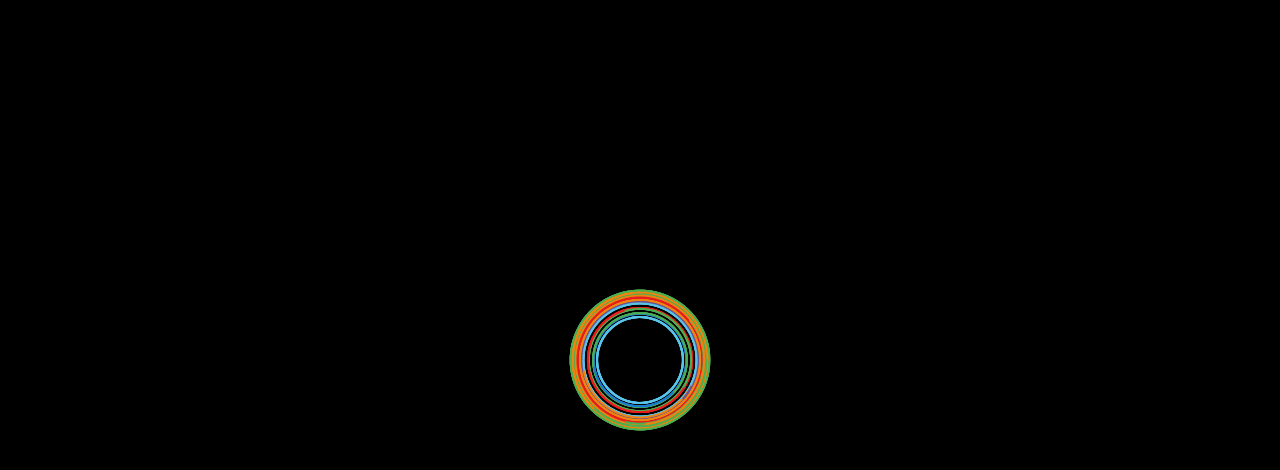
Repository: gyypwrs/css-practice
Page: mouse-over/index.html
An editor plug-in stored every save of this project. The page is shown before and after the next save, followed by the edit.
The browser window is 1280 px wide. The pictures show the whole page.

Above is the page before, as saved 2022-05-10 14:20:57.

### mouse-over/index.html
<!--
 * @Descripttion:
 * @version:
 * @Author: Hongyu
 * @Date: 2022-05-07 15:03:24
 * @LastEditors: Hongyu
 * @LastEditTime: 2022-05-10 14:20:57
-->
<!DOCTYPE html>
<html lang="zh-CN">
<head>
    <meta charset="UTF-8">
    <meta http-equiv="X-UA-Compatible" content="IE=edge">
    <meta name="viewport" content="width=device-width, initial-scale=1.0">
    <title>Document</title>
    <style>
        *{
            margin: 0;
            padding: 0;
            box-sizing: border-box;
        }
      body{
          background-color: rgb(0, 0, 0);

      }
      canvas{
          display: block;
      }
    </style>
</head>
<body>
    <canvas id="canvas"></canvas>
    <script>
         var canvas = document.querySelector("#canvas");
         var ctx = canvas.getContext("2d");
       // 画布宽与高
        var kuan=0,gao=0;
        var num=16;
        var arr=[];
        var colors = ["#58c5eb","#1976D2","#fbed35","#4CAF50","#e81b1e","#f0830f","#65529d"];
        window.onresize=resizeCanvas;
        function resizeCanvas(){
            kuan=canvas.width=window.innerWidth;
            gao=canvas.height=window.innerHeight;
        }
        resizeCanvas();
        var mouseX = kuan/2,mouseY = gao/2;
        for(let i=0;i<num;i++){
            arr.push({
               /*  x: kuan/2,
                y: gao/2, */
                r: Math.random()*(5-3) + 3,
                color: colors[parseInt(Math.random()*7)],
                 /* 旋转开始角度 */
                rot: Math.random()*2*Math.PI,
                /* 旋转小球距离中心距离 */
                distance: Math.random() * (75 - 40) + 40,
                /* 记录初始位置，鼠标拖拽时做缓动动画用 */
                lastMouse:{
                    x:kuan/2,
                    y:gao/2
                }
            })
        }
        function draw(last) {
           /*  for(let i=0;i<num;i++){ */
            var yuan = arr[last.i];
            ctx.beginPath();
            /* ctx.fillStyle = yuan.color;
            ctx.arc(yuan.x,yuan.y,yuan.r, 0,Math.PI* 2, false);
            ctx.fill(); */
            ctx.strokeStyle = yuan.color;
            ctx.lineWidth = '2';
            ctx.moveTo(last.x,last.y);
            ctx.lineTo(yuan.x,yuan.y);
            ctx.stroke();
            ctx.closePath();
           /*  } */
        }

         window.addEventListener('mousemove',function(event){
               mouseX = event.clientX;
               mouseY = event.clientY;
         })
        /*  var moveX=kuan/2,moveY=gao/2; */
         function update (){
            for(let i=0;i<num;i++){
                /* 传当前绘制的第i个的线的绘制前一帧的位置和当前i保存 */
               let last ={x:arr[i].x,y:arr[i].y,i:i};
            /* 移动后位置 = 当前位置 + （移动后位置-当前位置）*0.05 缓动动画原理 */
                arr[i].lastMouse.x+=(mouseX-arr[i].lastMouse.x)*0.05;
                arr[i].lastMouse.y+=(mouseY-arr[i].lastMouse.y)*0.05;
               arr[i].rot+=0.1;
                arr[i].x = arr[i].lastMouse.x + Math.cos(arr[i].rot)*arr[i].distance;
                arr[i].y = arr[i].lastMouse.y + Math.sin(arr[i].rot)*arr[i].distance;
                 /* 位置改变，把last传给draw，画线 */
                draw(last);
            }
         }
        setInterval(function(){
             /*  ctx.clearRect(0,0,kuan,gao); */
             /* 不直接用clearRect让上一帧内容全部变透明，而是逐渐给上一帧
             蒙上一层有点透明的当前背景色，这样一帧一帧的叠加，最开始的小球
             会逐渐与背景融合变得相当与消失 */
             ctx.fillStyle = "rgba(0,0,0,0.1)";
            //  ctx.fillRect(0,0,kuan,gao);
             update();
          /*  draw(); */
        },20)
    </script>
</body>
</html>

After the next save:
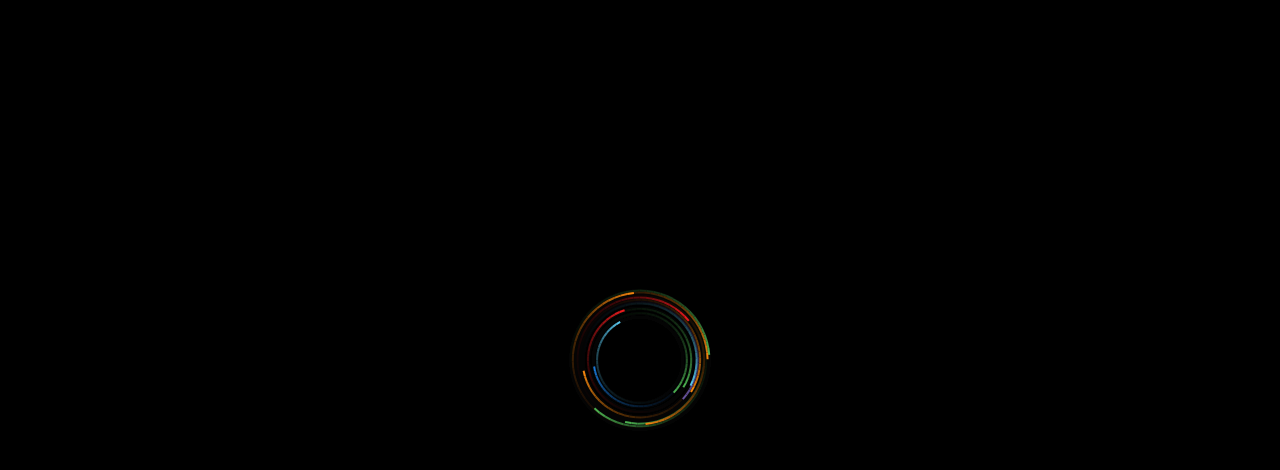
Saved 31 s later.
--- a/mouse-over/index.html
+++ b/mouse-over/index.html
@@ -103,7 +103,7 @@
              蒙上一层有点透明的当前背景色，这样一帧一帧的叠加，最开始的小球
              会逐渐与背景融合变得相当与消失 */
              ctx.fillStyle = "rgba(0,0,0,0.1)";
-            //  ctx.fillRect(0,0,kuan,gao);
+             ctx.fillRect(0,0,kuan,gao);
              update();
           /*  draw(); */
         },20)
